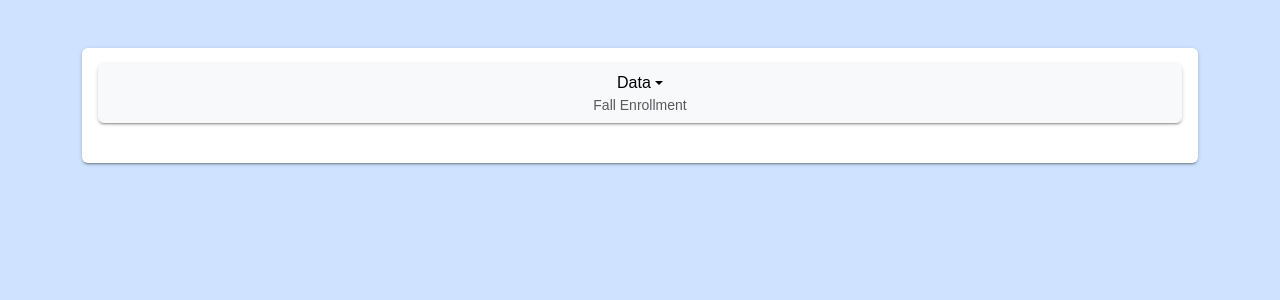
Repository: chancellor-w-whitaker/trying-context
Page: /
The author's editor kept a copy of each file at every save. The page is drawn from the files as they stood at one save, then again after the next save.
The browser window is 1280 px wide. The pictures show the whole page.
The page's requests for data from a server got no answer. Some web fonts or font styles are not loaded; a fallback is used. The project was rebuilt for these pictures with package versions that can differ from the ones it lists, and the page was loaded fresh each time. No one was signed in, and anything a server would have sent is missing. Also part of the build but not shown: vite.config.js.

Above is the page before, as saved 2024-01-14 16:33:47.

After the next save:
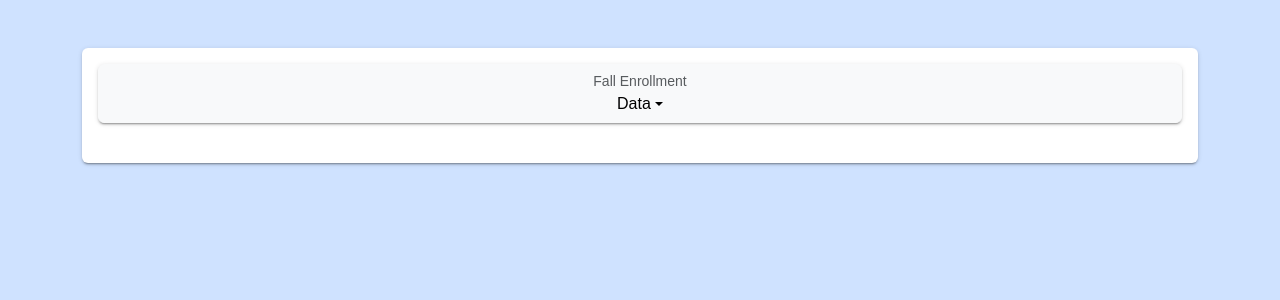
Saved 82 s later.
--- a/src/App.jsx
+++ b/src/App.jsx
@@ -29,12 +29,12 @@
               className="w-100 shadow-sm"
               variant="light"
             >
+              <small className="d-block text-body-secondary">
+                {fileNames.find(({ id }) => id === fileName).displayName}
+              </small>
               <span className="dropdown-toggle d-flex align-items-center justify-content-center">
                 Data
               </span>
-              <small className="d-block text-body-secondary">
-                {fileNames.find(({ id }) => id === fileName).displayName}
-              </small>
               {/* <span>
                 <span className="dropdown-toggle d-flex align-items-center justify-content-center">
                   Data
